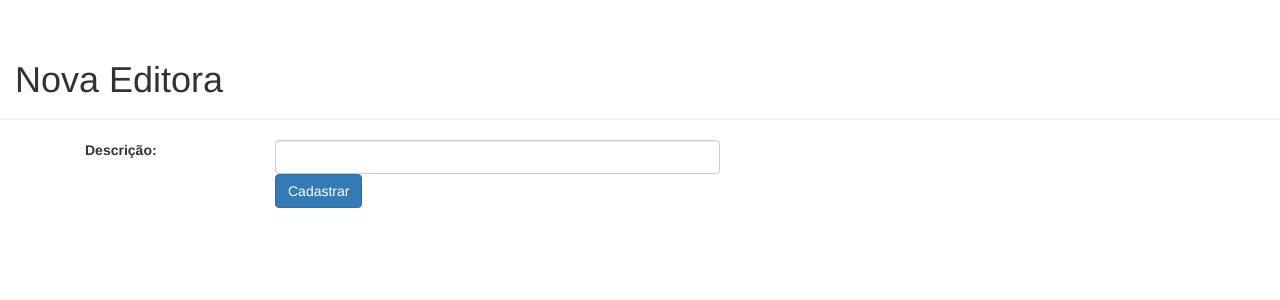
Repository: stefanyco/biblioteca
Page: http://localhost/Biblioteca/editoraAdicionar.jsp
These files come from the project's save history. The page is drawn as it stood at one moment and after the next save; the edit follows.
The browser window is 1280 px wide. The pictures show the whole page.
The page is served by Tomcat 9.

Above is the page before, as saved 2016-11-06 14:47:14.

After the next save:
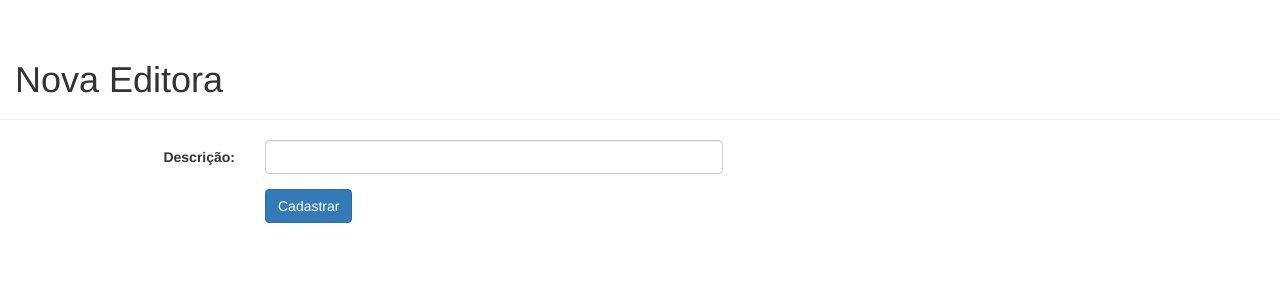
Saved 19 s later.
--- a/Sistema Biblioteca/Biblioteca/WebContent/editoraAdicionar.jsp
+++ b/Sistema Biblioteca/Biblioteca/WebContent/editoraAdicionar.jsp
@@ -11,27 +11,23 @@
 	<div class="page-header col-md-12">
 		<h1>Nova Editora</h1>
 	</div>
-	<form action="editora?acao=cadastrar" method="post">
-		<div class="container">
-			<div class="row">
-				<div class="col-xs-12">
-					<form action="anuncioServlet" class="form-horizontal" method="post">
-						<div class="form-group">
-							<label for="nomeMerc" class="col-xs-2 control-label">Descrição:</label>
-							<div class="col-xs-5">
-								<input type="text" class="form-control" name="nome" required
-									maxlength="50">
-							</div>
+	<div class="container">
+		<div class="row">
+			<div class="col-xs-12">
+				<form action="anuncioServlet" class="form-horizontal" method="post">
+					<div class="form-group">
+						<label for="nomeMerc" class="col-xs-2 control-label">Descrição:</label>
+						<div class="col-xs-5">
+							<input type="text" class="form-control" name="nome" required maxlength="50">
 						</div>
-						<div class="form-group">
-							<div class="col-xs-offset-2 col-xs-10">
-								<button type="submit" class="btn btn-primary">Cadastrar</button>
-							</div>
+					</div><div class="form-group">
+						<div class="col-xs-offset-2 col-xs-10">
+							<button type="submit" class="btn btn-primary">Cadastrar</button>
 						</div>
-					</form>
-				</div>
+					</div>
+				</form>
 			</div>
 		</div>
-	</form>
+	</div>
 </body>
 </html>
